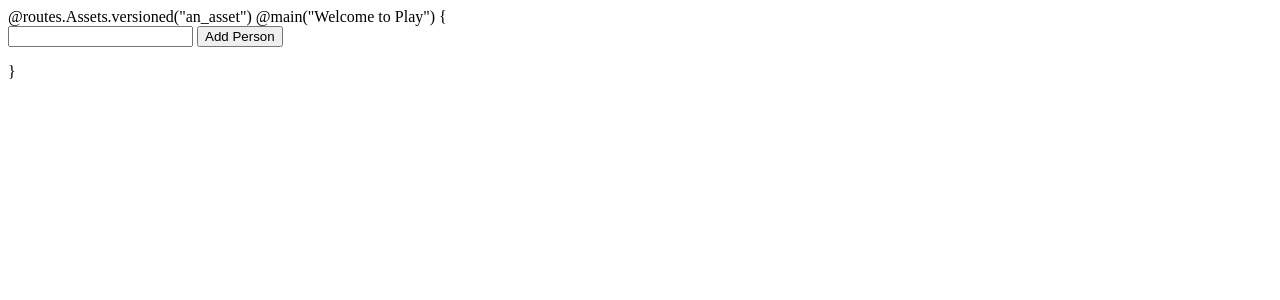
Repository: isopin/simple-form
Page: play-java-intro/app/views/index.scala.html
These files come from the project's save history. The page is drawn as it stood at one moment and after the next save; the edit follows.
The browser window is 1280 px wide. The pictures show the whole page.

Above is the page before, as saved 2016-03-11 06:31:15.

After the next save:
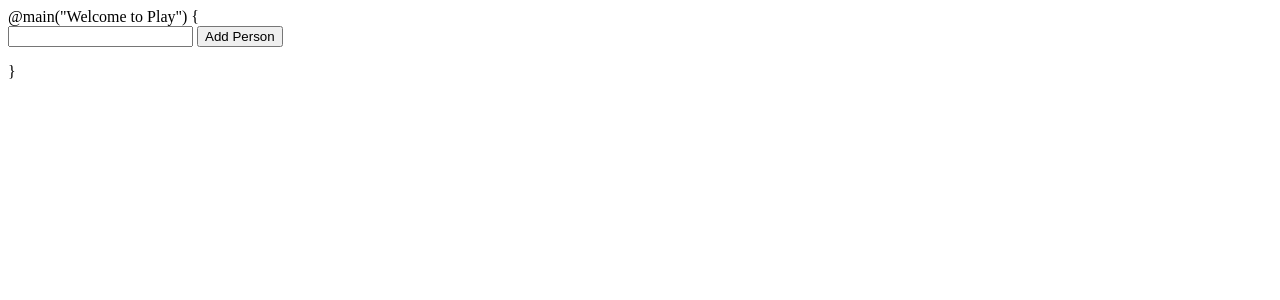
Saved 39 s later.
--- a/play-java-intro/app/views/index.scala.html
+++ b/play-java-intro/app/views/index.scala.html
@@ -1,4 +1,4 @@
-@routes.Assets.versioned("an_asset")
+
 
 @main("Welcome to Play") {
 
